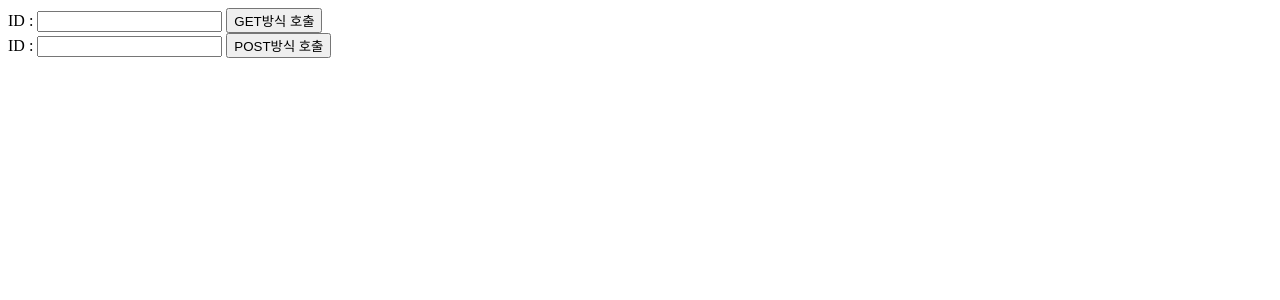
Repository: skim24245/web_workspace_src
Page: Lecture-Web/src/main/webapp/Servlet/method.html
These files come from the project's save history. The page is drawn as it stood at one moment and after the next save; the edit follows.
The browser window is 1280 px wide. The pictures show the whole page.

Above is the page before, as saved 2022-06-02 02:27:11.

### Lecture-Web/src/main/webapp/Servlet/method.html
<!DOCTYPE html>
<html>
<head>
<meta charset="UTF-8">
<title>Insert title here</title>
</head>
<body>
<!-- http://localhost:9999/Lecture-Web/method 요청 -->


<form action="/Lecture-Web/method" method="get">
ID : <input type="text" name="id">
	 <input type="submit" value ="GET방식 호출">

</form>


<!-- http://localhost:9999/Lecture-Web/method 요청 -->
<form action="/Lecture-Web/method" method="post">
ID : <input type="text" name="id">
	 <input type="submit" value ="POST방식 호출">

</form>


</body>
</html>

After the next save:
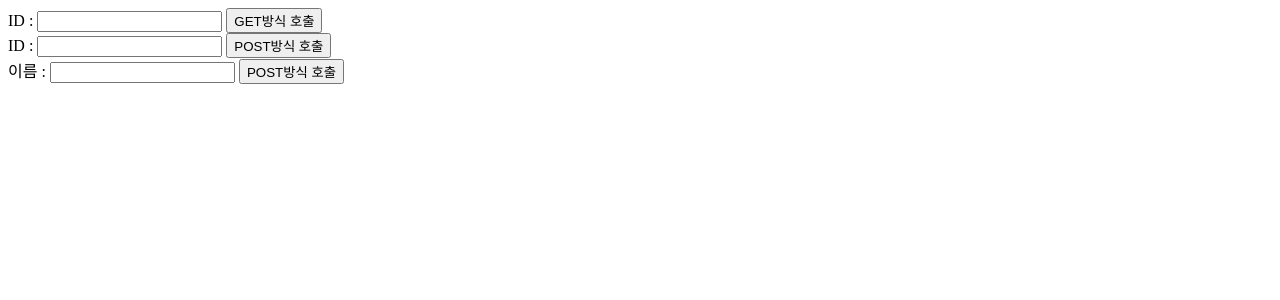
Saved 47 s later.
--- a/Lecture-Web/src/main/webapp/Servlet/method.html
+++ b/Lecture-Web/src/main/webapp/Servlet/method.html
@@ -19,8 +19,15 @@ ID : <input type="text" name="id">
 <form action="/Lecture-Web/method" method="post">
 ID : <input type="text" name="id">
 	 <input type="submit" value ="POST방식 호출">
+</form>
 
+<!-- http://localhost:9999/Lecture-Web/method 요청 -->
+<form action="/Lecture-Web/method" method="post">
+이름 : <input type="text" name="id">
+	 <input type="submit" value ="POST방식 호출">
 </form>
+
+
 
 
 </body>
